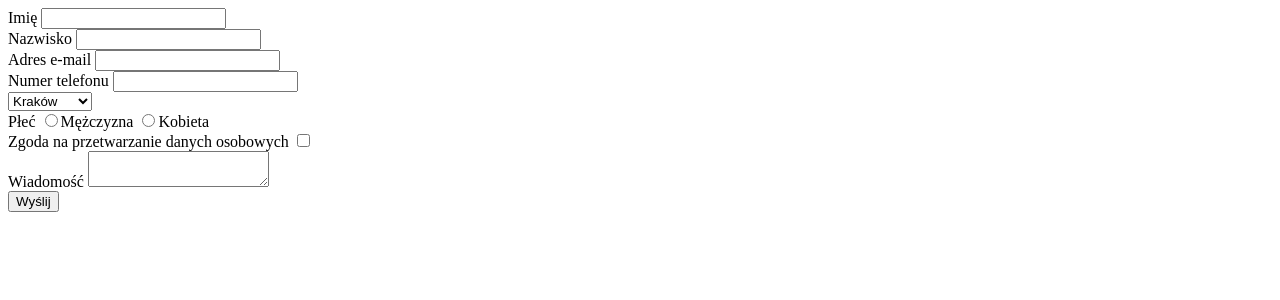
Repository: magdaf41/magdaf41.github.io
Page: zadania-domowe/HTML/zadanie_1/index.html
The author's editor kept a copy of each file at every save. The page is drawn from the files as they stood at one save, then again after the next save.
The browser window is 1280 px wide. The pictures show the whole page.

Above is the page before, as saved 2020-08-12 22:03:20.

### zadania-domowe/HTML/zadanie_1/index.html
<!DOCTYPE html>
<html lang="en">

<head>
    <meta charset="UTF-8">
    <meta name="viewport" content="width=device-width, initial-scale=1.0">
    <title>Document</title>
</head>

<body>
    <form action="https://formspree.io/xnqgrbkz" method="POST">

        <label for="name">Imię</label>
        <input type="text" name="name" id="name"><br>

        <label for="surname">Nazwisko</label>
        <input type="text" name="surname" id="surname"><br>

        <label for="email">Adres e-mail</label>
        <input type="email" name="email" id="email"><br>

        <label for="number">Numer telefonu</label>
        <input type="tel" name="number" id="number"><br>

        <select name="city" id="city"> <br>
            <option value="Kraków">Kraków</option>
            <option value="Warszawa">Warszawa</option>
            <option value="Gdańsk">Gdańsk</option>
        </select> <br>

        <label for="sex">Płeć</label>
        <input type="radio" name="sex" id="sex1">Mężczyzna
        <input type="radio" name="sex" id="sex2">Kobieta <br>

        <label for="agreement">Zgoda na przetwarzanie danych osobowych</label>
        <input type="checkbox" name="agreement" id="agreement"><br>

        <label for="message">Wiadomość</label>
        <textarea name="message" id="message"></textarea><br>

        <input type="submit" value="Wyślij">

    </form>

</body>


</html>

After the next save:
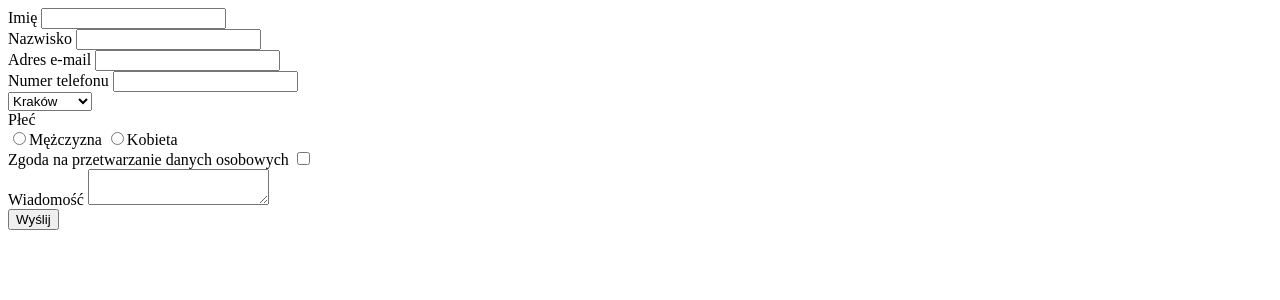
Saved 9 s later.
--- a/zadania-domowe/HTML/zadanie_1/index.html
+++ b/zadania-domowe/HTML/zadanie_1/index.html
@@ -28,7 +28,7 @@
             <option value="Gdańsk">Gdańsk</option>
         </select> <br>
 
-        <label for="sex">Płeć</label>
+        <label for="sex">Płeć</label> <br>
         <input type="radio" name="sex" id="sex1">Mężczyzna
         <input type="radio" name="sex" id="sex2">Kobieta <br>
 

After the save that followed:
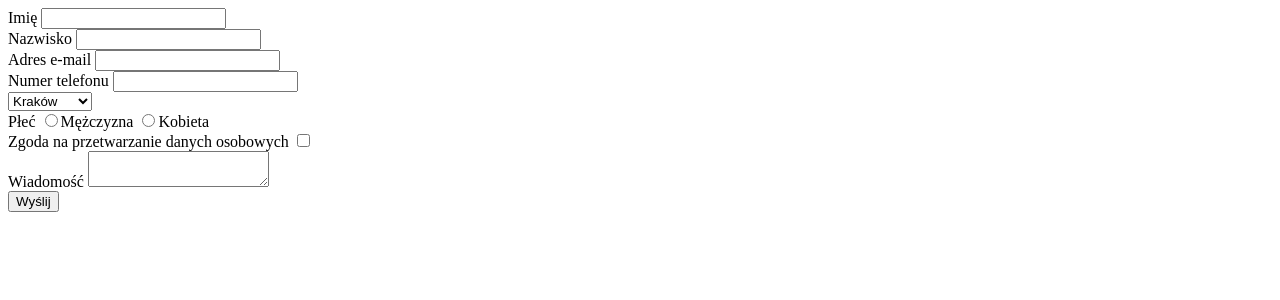
Saved 8 s later.
--- a/zadania-domowe/HTML/zadanie_1/index.html
+++ b/zadania-domowe/HTML/zadanie_1/index.html
@@ -28,7 +28,7 @@
             <option value="Gdańsk">Gdańsk</option>
         </select> <br>
 
-        <label for="sex">Płeć</label> <br>
+        <label for="sex">Płeć</label>
         <input type="radio" name="sex" id="sex1">Mężczyzna
         <input type="radio" name="sex" id="sex2">Kobieta <br>
 
